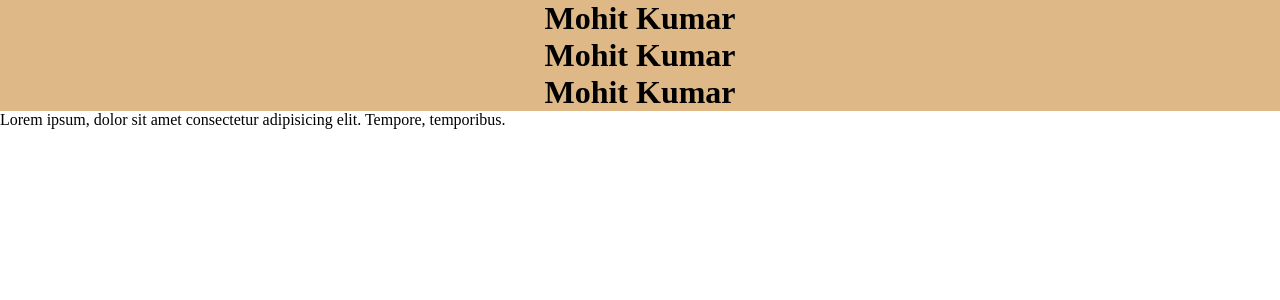
Repository: Mohitkumar1322/FrontendPracticee
Page: Javascript/index.html
These files come from the project's save history. The page is drawn as it stood at one moment and after a run of saves; the edit follows.
The browser window is 1280 px wide. The pictures show the whole page.

Above is the page before, as saved 2025-07-10 10:04:55.

After the next 3 saves:
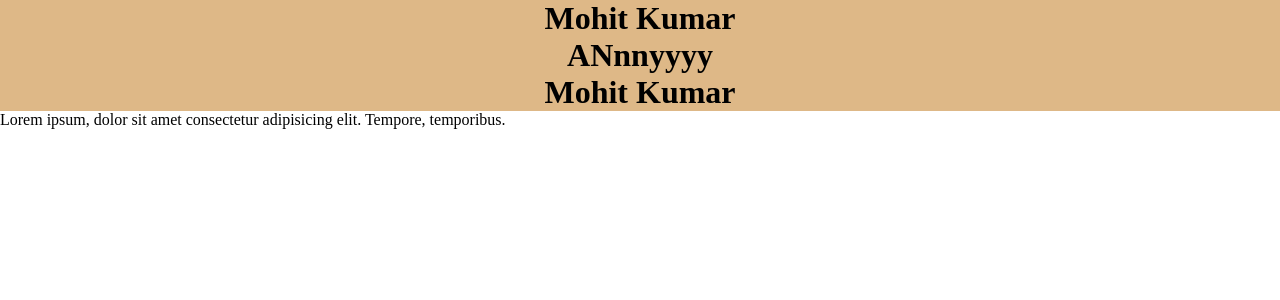
The 3 saves are shown as one change because they came seconds apart.
The last was saved 2 min 2 s later.
--- a/Javascript/index.html
+++ b/Javascript/index.html
@@ -8,7 +8,7 @@
 </head>
 <body>
     <h1 class="heading">Mohit Kumar </h1>
-    <h1 class="heading">Mohit Kumar </h1>
+    <h1 class="heading">ANnnyyyy</h1>
     <h1 class="heading">Mohit Kumar </h1>
     <p id ="demo">Lorem ipsum, dolor sit amet consectetur adipisicing elit. Tempore, temporibus.</p>
 
